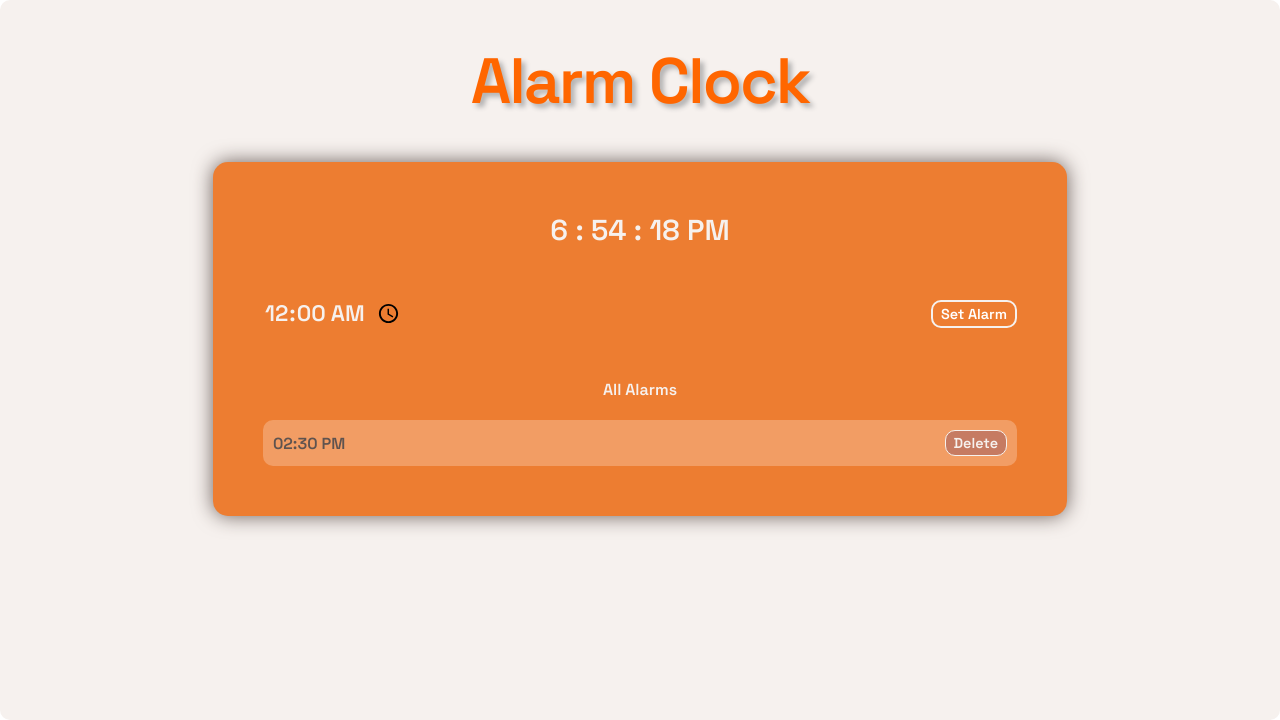
Repository: Pragya016/Alarm-Clock
Page: Index.html
These files come from the project's save history. The page is drawn as it stood at one moment and after the next save; the edit follows.
The browser window is 1280 px wide. The pictures show the whole page.

Above is the page before, as saved 2024-01-19 22:29:43.

### Index.html
<!DOCTYPE html>
<html lang="en">

<head>
    <meta charset="UTF-8">
    <meta name="viewport" content="width=device-width, initial-scale=1.0">
    <!-- css stylesheet -->
    <link rel="stylesheet" href="styles.css">

    <title>Alarm Clock</title>
</head>

<body>
    <div id="box">
        <h1>Alarm Clock</h1>
        <div class="container">

            <!-- showing the current time -->
            <div id="current-time">
                <h2 class="cur-time"></h2>
            </div>

            <!-- to set the alarm -->
            <div id="set-alarm">
                <h3>
                    <input type="time" class="set-time" value="00:00">
                </h3>
                <button type="button" id="set-alarm-btn">
                    Set Alarm
                </button>
            </div>

            <!-- list of alarms that are already been set -->
            <div id="all-alarms">
                <p class="heading"><b>All Alarms</b>
                </p>
                <div class="alarm">
                    <p class="preSetAlarmTime">
                        02:30 PM
                    </p>
                    <button type="button" class="dlt-alarm-btn">
                        Delete
                    </button>
                </div>
            </div>
        </div>
    </div>
    <!-- script -->
    <script src="clock.js"></script>
</body>

</html>

### styles.css
@import url('https://fonts.googleapis.com/css2?family=IBM+Plex+Mono:wght@700&family=Space+Grotesk:wght@600&display=swap');

/* default css styles */
:root {
    --creamColor : #F6F1EE;
    --orangeShadeDark : #ff6600;
    --OrangeColor : #ED7D31;
    --brownColor : #6C5F5B;
    --brownShadeDarker : #5f534f;
    --orangeShadeDarker : #ba4c28;
}

body, html{
    margin: 0;
    padding: 0;
}

*{
    box-sizing: border-box;
    margin: 0;
        font-family: 'IBM Plex Mono', monospace;
font-family: 'Space Grotesk', sans-serif;
}

/* main container */
#box{
    height: 100vh;
    padding: 30px;
    width: 100%;
    margin: auto;
    border-radius: 10px;
    background-color: var(--creamColor);
}

#box h1{
    color: var(--orangeShadeDark);
    text-align: center;
    margin-top: 10px;
    font: 900;
    font-size: 4rem;
    letter-spacing: -2px;
    overflow: hidden;
    text-shadow: 4px 4px 5px rgb(179, 178, 178);
}

/* ----------------------------- */

#current-time{
    font-size: 1.2rem;
}

/* ----------------------------- */

.container {
    color: var(--creamColor);
    height: auto;
    width: 70%;
    overflow: scroll;
    margin: 40px auto 0;
    padding: 50px;
    font-family: Arial, Helvetica, sans-serif;
    display: flex;
    flex-direction: column;
    /* letter-spacing: 3px; */
    align-items: center;
    border-radius: 15px;
    background-color: var(--OrangeColor);
    box-shadow: 0px 0px 20px var(--brownColor);
}

/* ----------------------------- */
/* set alarm container */

#set-alarm {
    display: flex;
    justify-content: space-between;
    width: 100%;
    margin: 50px auto 30px auto;
}

.set-time {
    border: none;
    background-color: #00000000;
    color: var(--creamColor);
}

.set-time{
    border: none;
    font-size: larger;
    font-weight: 600;
}

/* ----------------------------- */
/* all alarms container */

#all-alarms {
    margin-top: 20px;
    display: flex;
    justify-content: space-between;
    width: 100%;
    height: auto;
    flex-direction: column;
    align-items: center;
}

#all-alarms .heading {
    color: var(--creamColor);
}

.alarm{
    display: flex;
    justify-content: space-between;
    width: 100%;
    padding: 10px;
    background-color: rgba(255, 255, 255, 0.247);
    margin-top: 20px;align-items: center;
    border-radius: 10px;
}

.alarm .preSetAlarmTime {
    font-size: 1rem;
    color: var(--brownShadeDarker);
}

.dlt-alarm-btn{
    border: 1px solid var(--creamColor);;
    background-color: hsl(15, 47%, 58%);
    color: var(--creamColor);
}

.dlt-alarm-btn:hover {
    border-color:var(--orangeShadeDarker);
    background-color: #F6F1EE;
    color: var(--orangeShadeDarker);
}

/* ----------------------------- */

button {
    width: auto;
    margin: auto 0;
    border-radius: 10px;
    font: 600;
    font-size: 0.9rem;
    border: none;
     padding: 3px 8px;
    border: 2px solid #F6F1EE;;
    background-color: #ED7D31;
    cursor: pointer;
    color: white;
}

button:hover{
   color: #ce5300;
    background-color: var(--creamColor);
}

### clock.js

// selecting all the elements of html
const currentTime = document.querySelector('.cur-time');
const setNewAlarm = document.querySelector('.set-time');
const setNewAlarmBtn = document.querySelector('#set-alarm-btn');
const preSetAlarmTime = document.querySelector('.preSetAlarmTime');
const deleteBtn = document.querySelector('.dlt-alarm-btn');
const allAlarmsContainer = document.querySelector('#all-alarms');



// --------------------------------------------
// display the current time

function updateTime() {
    let currentDate = new Date();
    let hours = currentDate.getHours();
    let minutes = currentDate.getMinutes();
    let seconds = currentDate.getSeconds();

    // selecting am or pm
    var ampm = (hours >= 12) ? "PM" : "AM";

    // getting hours minutes and seconds
    hours = (hours < 10) ? "0" + hours : hours - 12;
    minutes = (minutes < 10) ? "0" + minutes : minutes;
    seconds = (seconds < 10) ? "0" + seconds : seconds;

    // setting the tet content to current time
    let currentTimeString = `${hours} : ${minutes} : ${seconds} ${ampm}`;
    currentTime.textContent = currentTimeString;
}

setInterval(updateTime, 1000);
updateTime();


// --------------------------------------------
// setting new alarm

setNewAlarmBtn.addEventListener('click', () => {
    // getting the input value
    const timeInput = setNewAlarm.value;
    let [hourVal, minVal] = timeInput.split(':');

        // console.log(minVal, hourVal)
        if (hourVal === '00') {
            hourVal = 12;
        }

        // html for newly created alarm
    const newAlarm = `
            <div class="alarm">
                <p class="preSetAlarmTime">
                    ${hourVal}:${minVal} ${hourVal >= 12 ? 'PM' : 'AM'}
                </p>
                <button type="button" class="dlt-alarm-btn">
                    Delete
                </button>
            </div>
        `;

        // inserting the html to the container
        setTimeout(() => {
            allAlarmsContainer.insertAdjacentHTML('beforeend', newAlarm);
            setNewAlarm.value = '00:00';
            startCountDown(hourVal, minVal);
        }, 300);

});

// --------------------------------------------
function startCountDown(hours, minutes) {
    // calculating seconds
    const totalMin = (hours * 60) + minutes;
    let totalSeconds = totalMin * 60;

    setTimeout(() => {
        alert('alarm ended!!')
    }, totalSeconds)
}


// --------------------------------------------
// deleting the alarm
allAlarmsContainer.addEventListener('click', (e) => {
    // checking if delete alarm btn is present or not
    if (e.target.classList.contains('dlt-alarm-btn')) {

        // finding the closest element
        const alarmElement = e.target.closest('.alarm');

        // deleting the alarm
        if (alarmElement) {
            setTimeout(() => {
                alarmElement.remove();
            }, 300);
        }
    }
});

After the next save:
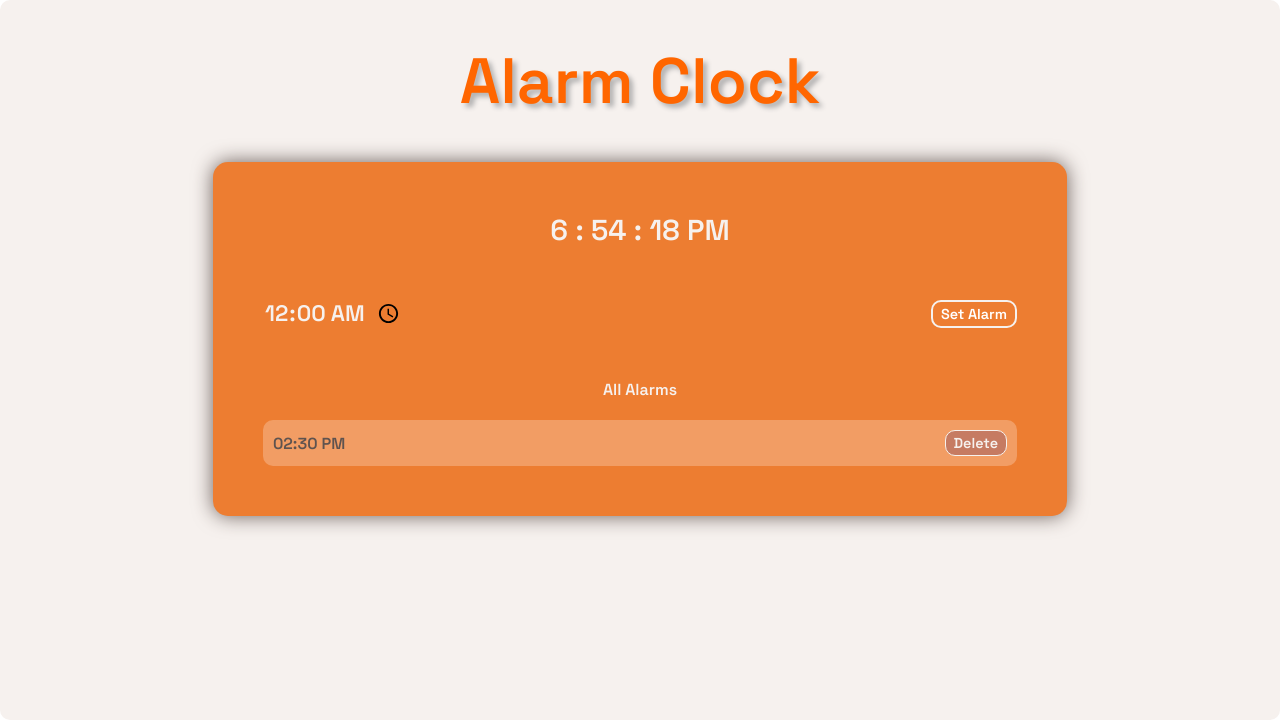
Saved 4 s later.
--- a/styles.css
+++ b/styles.css
@@ -38,7 +38,6 @@ font-family: 'Space Grotesk', sans-serif;
     margin-top: 10px;
     font: 900;
     font-size: 4rem;
-    letter-spacing: -2px;
     overflow: hidden;
     text-shadow: 4px 4px 5px rgb(179, 178, 178);
 }
